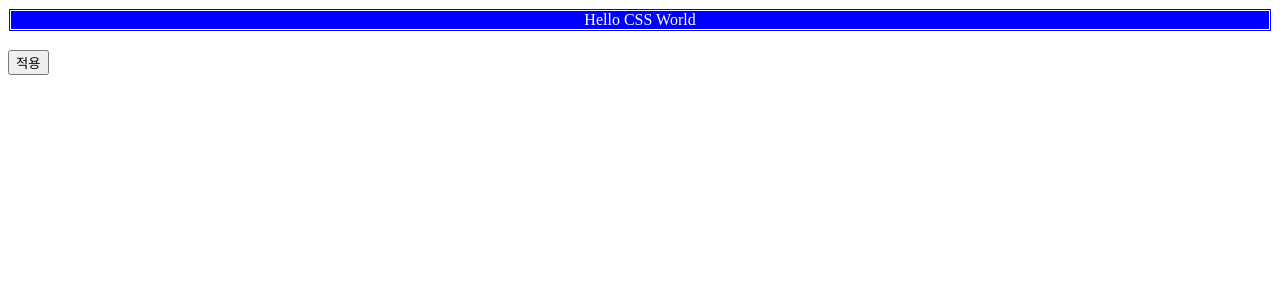
Repository: Seokho96/CSSPractice
Page: css/sample01/WebContent/index3.html
The author's editor kept a copy of each file at every save. The page is drawn from the files as they stood at one save, then again after the next save.
The browser window is 1280 px wide. The pictures show the whole page.
After loading, the first visible `button` was clicked once.

Above is the page before, as saved 2020-07-13 01:51:55.

### css/sample01/WebContent/index3.html
<!DOCTYPE html>
<html>
<head>
<meta charset="UTF-8">
<title>Insert title here</title>
</head>
<body>

<div id="demo">Hello CSS World </div>
<br>

<button type="button" onclick="func()">적용</button>

<script type="text/javascript">
function func() {
	let obj = document.getElementById("demo");

	obj.style.color = 'white';
	obj.style.backgroundColor = '#0000ff';
    obj.style.textAlign = 'center';
    obj.style.borderStyle = 'double';
}

</script>
</body>
</html>

After the next save:
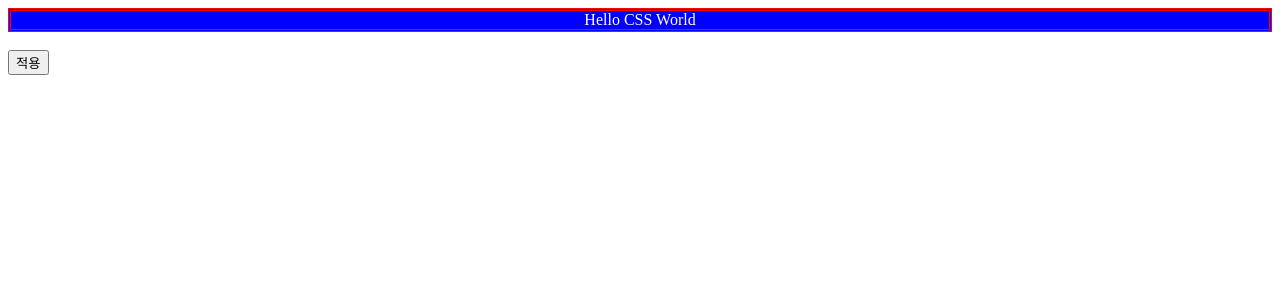
Saved 29 s later.
--- a/css/sample01/WebContent/index3.html
+++ b/css/sample01/WebContent/index3.html
@@ -19,6 +19,7 @@ function func() {
 	obj.style.backgroundColor = '#0000ff';
     obj.style.textAlign = 'center';
     obj.style.borderStyle = 'double';
+    obj.style.borderColor = '#ff0000';
 }
 
 </script>
